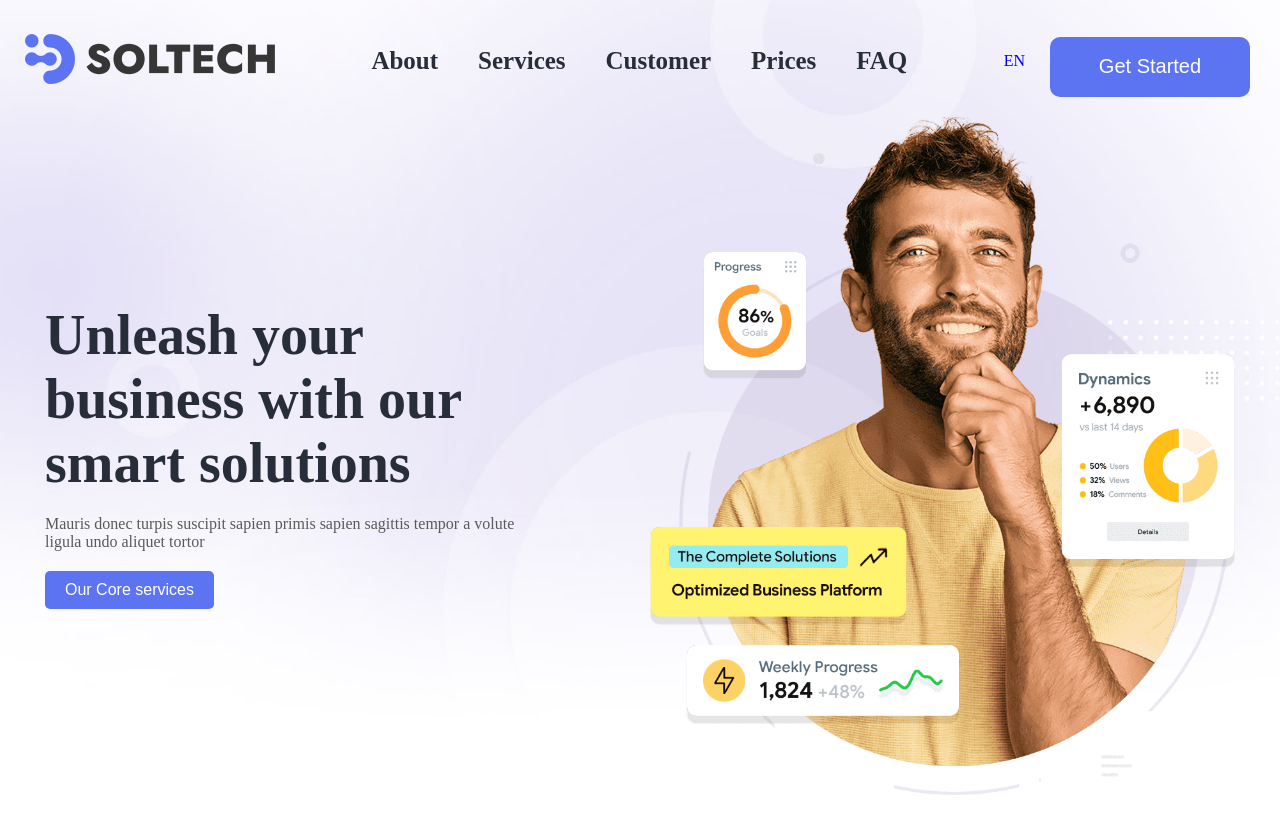
Repository: md-rabbi-hossain/Soltech-html
Page: index.html
These files come from the project's save history. The page is drawn as it stood at one moment and after the next save; the edit follows.
The browser window is 1280 px wide. The pictures show the whole page.

Above is the page before, as saved 2025-01-08 13:05:07.

After the next save:
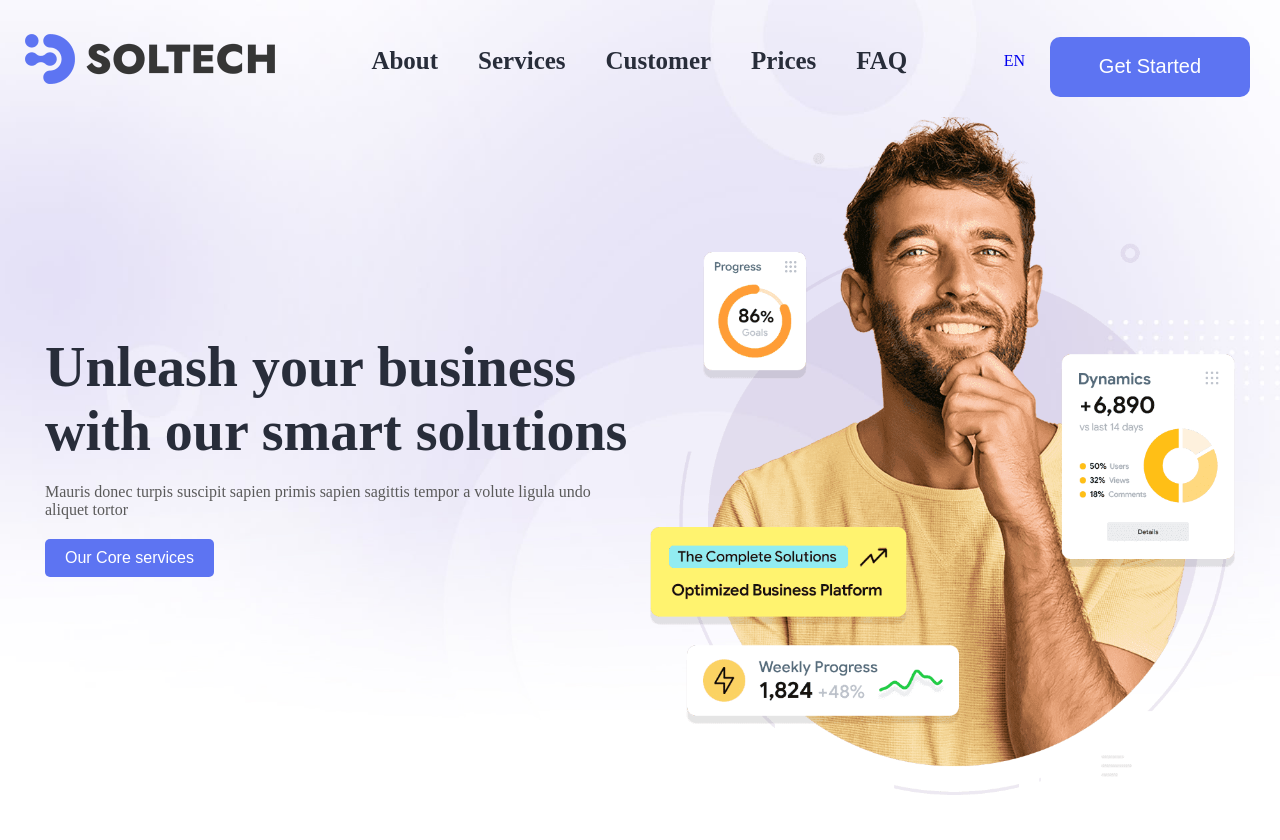
Saved 52 s later.
--- a/Css/style.css
+++ b/Css/style.css
@@ -139,10 +139,6 @@ nav {
   flex: 1; /* Make the left side take up equal space as the right */
 }
 
-.left-side .content {
-  max-width: 500px; /* Restrict the width of the text for readability */
-}
-
 .left-side h1 {
   font-size: 3.5rem; /* Adjust font size */
   color: #282d3a; /* Match text color to the theme */
